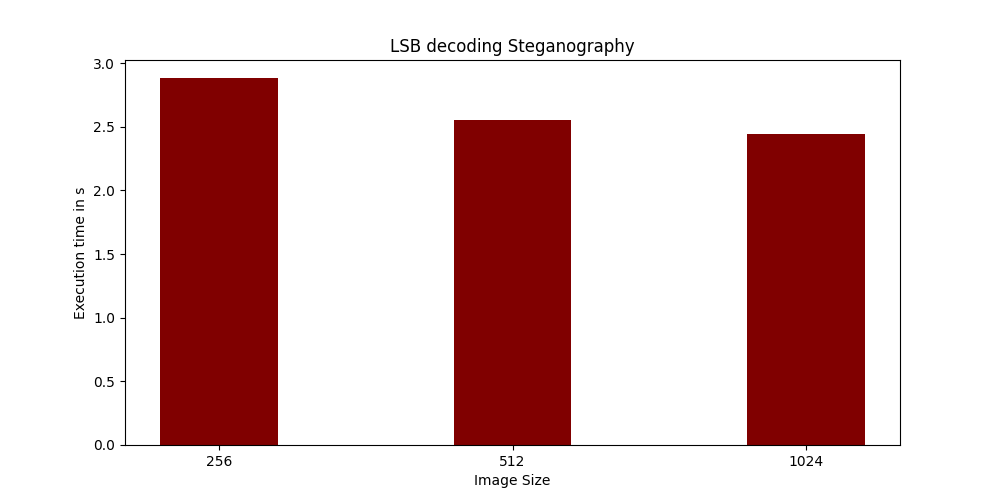
Repository: vishalsinghhh/DNA-cryptography-Project
Script's output: python DNA/Graphs.py
An editor plug-in stored every save of this project. The script's output is shown before and after a run of saves, followed by the edit.
Random numbers start from a fixed seed.

Above is the script's output before, as saved 2023-04-11 10:43:22.

After the next 10 saves:
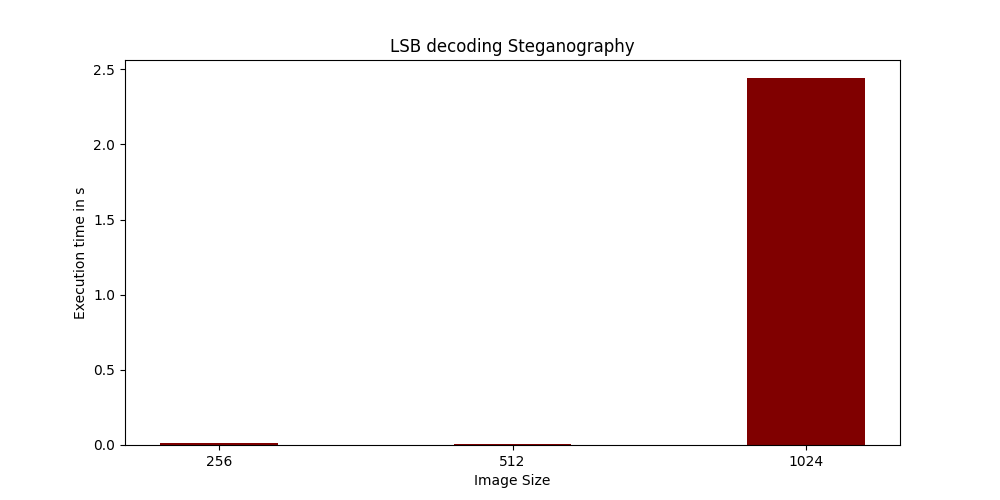
The 10 saves are shown as one change because they came seconds apart.
The last was saved 29 s later.
--- a/DNA/Graphs.py
+++ b/DNA/Graphs.py
@@ -3,7 +3,7 @@ import matplotlib.pyplot as plt
 
 
 # creating the dataset
-data = {'256':2.88, '512':2.55, '1024':2.44}
+data = {'256':0.0159, '512':0.004, '1024':2.44}
 courses = list(data.keys())
 values = list(data.values())
 
